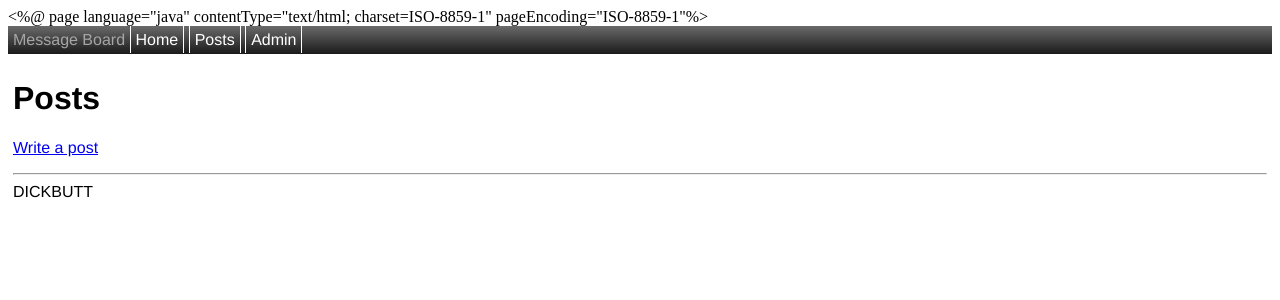
Repository: JesseFo/Whitespace
Page: whitespace/WebContent/WEB-INF/posts2.html
These files come from the project's save history. The page is drawn as it stood at one moment and after the next save; the edit follows.
The browser window is 1280 px wide. The pictures show the whole page.

Above is the page before, as saved 2015-12-04 08:30:45.

After the next save:
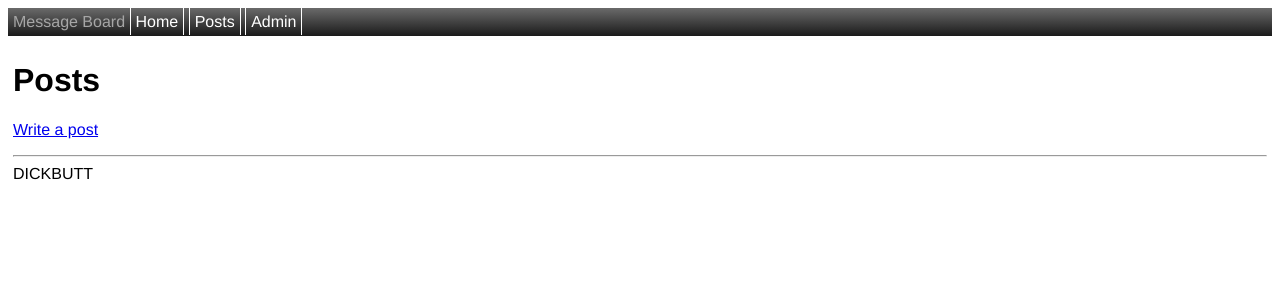
Saved 23 h 7 min later.
--- a/whitespace/WebContent/WEB-INF/posts2.html
+++ b/whitespace/WebContent/WEB-INF/posts2.html
@@ -1,6 +1,4 @@
-<%@ page language="java" contentType="text/html; charset=ISO-8859-1"
-    pageEncoding="ISO-8859-1"%>
-<!DOCTYPE html PUBLIC "-//W3C//DTD HTML 4.01 Transitional//EN" "http://www.w3.org/TR/html4/loose.dtd">
+<!DOCTYPE html>
 <html>
 	<head>
 		<meta http-equiv="Content-Type" content="text/html; charset=ISO-8859-1">
